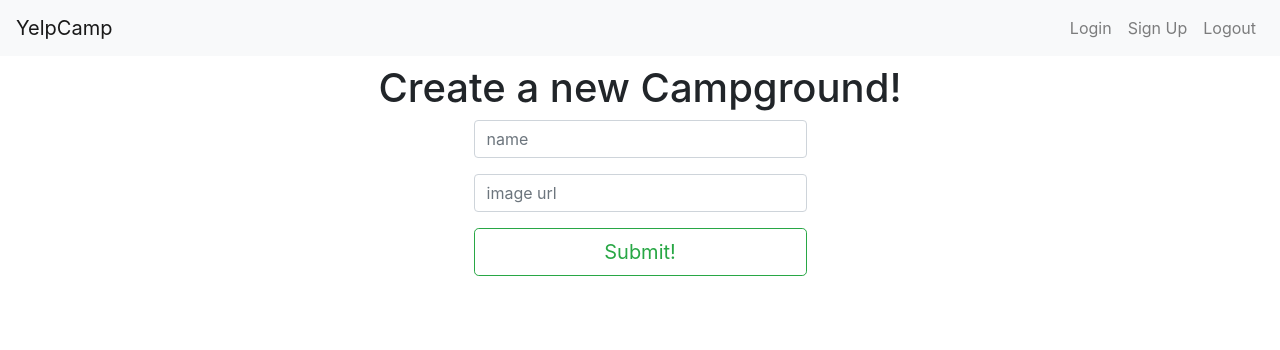
Repository: bosicheng/yelpcamp-project
Page: http://localhost/campgrounds/new
The author's editor kept a record of every edit. The page is drawn from the files as they stood at one moment, then again after the next edit.
The browser window is 1280 px wide. The pictures show the whole page.
Some web libraries are served in a nearby version. The page is served by the project's Node server (YelpCamp/v1/app.js).

Above is the page before.
Console error (its wording comes from the project's code and is left out).

### YelpCamp/v1/views/new.ejs
<% include partials/header %>

<div class='container'>
    <h1 style="text-align:center">Create a new Campground!</h1>
    <div style="width:30%;margin:0 auto">
        <form action='/campgrounds' method='POST'>
            <div class="form-group">
                <input class='form-control' type='text' name='name' placeholder='name'>
            </div>
            <div class="form-group">
                <input class='form-control' tytpe='text' name='image' placeholder='image url'>
            </div>
            <div class="form-group">
                 <button class="btn btn-lg btn-outline-success btn-block">Submit!</button>
            </div>
        </form>
    </div>

</div>

<% include partials/footer %>

### YelpCamp/v1/views/partials/header.ejs
<!DOCTYPE html>
<html>
    <head>
        <title>YelpCamp</title>
        <link rel="stylesheet" href="https://stackpath.bootstrapcdn.com/bootstrap/4.1.3/css/bootstrap.min.css">
        <script src="https://code.jquery.com/jquery-3.2.1.slim.min.js" integrity="sha384-KJ3o2DKtIkvYIK3UENzmM7KCkRr/rE9/Qpg6aAZGJwFDMVNA/GpGFF93hXpG5KkN" crossorigin="anonymous"></script>
        <script src="https://maxcdn.bootstrapcdn.com/bootstrap/4.0.0-beta/js/bootstrap.min.js" integrity="sha384-h0AbiXch4ZDo7tp9hKZ4TsHbi047NrKGLO3SEJAg45jXxnGIfYzk4Si90RDIqNm1" crossorigin="anonymous"></script>
        <script src="https://cdnjs.cloudflare.com/ajax/libs/popper.js/1.11.0/umd/popper.min.js" integrity="sha384-b/U6ypiBEHpOf/4+1nzFpr53nxSS+GLCkfwBdFNTxtclqqenISfwAzpKaMNFNmj4" crossorigin="anonymous"></script>
    </head>
    <body>
        <nav class="navbar navbar-expand-lg navbar-light bg-light mb-2">
          <a class="navbar-brand" href="/">YelpCamp</a>
          <button class="navbar-toggler" type="button" data-toggle="collapse" data-target="#navbarTogglerDemo01" aria-controls="navbarTogglerDemo01" aria-expanded="false" aria-label="Toggle navigation">
            <span class="navbar-toggler-icon"></span>
          </button>
          <div class="collapse navbar-collapse" id="navbarTogglerDemo01">
            <ul class="navbar-nav ml-auto mt-2 mt-lg-0">
              <li class="nav-item">
                <a class="nav-link" href="#">Login</a>
              </li>
              <li class="nav-item">
                <a class="nav-link" href="#">Sign Up</a>
              </li>
              <li class="nav-item">
                <a class="nav-link" href="#">Logout</a>
              </li>
            </ul>
          </div>
        </nav>

### YelpCamp/v1/app.js
var express=require('express');
var app=express();
var bodyParser=require('body-parser')

app.set('view engine','ejs')
app.use(bodyParser.urlencoded({extended:true}));

app.get('/',function(req,res){
    res.render("landing");
})

var campgrounds=[
        {name:'aaa',image:'https://farm4.staticflickr.com/3241/2984981452_e9008b9280.jpg'},
        {name:'bbb',image:'https://farm7.staticflickr.com/6089/6094103869_d53a990c83.jpg'},
        {name:'ccc',image:'https://farm8.staticflickr.com/7284/8744029089_2d4a4d0fd7.jpg'},
        {name:'aaa',image:'https://farm4.staticflickr.com/3241/2984981452_e9008b9280.jpg'},
        {name:'bbb',image:'https://farm7.staticflickr.com/6089/6094103869_d53a990c83.jpg'},
        {name:'ccc',image:'https://farm8.staticflickr.com/7284/8744029089_2d4a4d0fd7.jpg'},
        {name:'aaa',image:'https://farm4.staticflickr.com/3241/2984981452_e9008b9280.jpg'},
        {name:'bbb',image:'https://farm7.staticflickr.com/6089/6094103869_d53a990c83.jpg'},
        {name:'ccc',image:'https://farm8.staticflickr.com/7284/8744029089_2d4a4d0fd7.jpg'},
    ];

app.get('/campgrounds',function(req,res){
    res.render("campgrounds",{campgrounds:campgrounds})
})

app.get('/campgrounds/new',function(req,res){
    res.render('new')
})

// 这里虽然get和post的url是同一个，但是他们是不同的用法所以是不同的route不会相互影响
//如果对get的/campgrounds页面进行修改，post请求去修改campgrounds也应该同样的url，这是convention
app.post("/campgrounds",function(req,res){
    //get data from form and add to campground
    var name=req.body.name;
    var image=req.body.image;
    campgrounds.push({name:name,image:image});
    //redirect to campground page
    res.redirect('/campgrounds')
})

app.listen(process.env.PORT,process.env.IP,function(){
    console.log("Yelpcamp has started!")
})

Loaded but not shown: YelpCamp/v1/views/partials/footer.ejs (common file)

After the next edit:
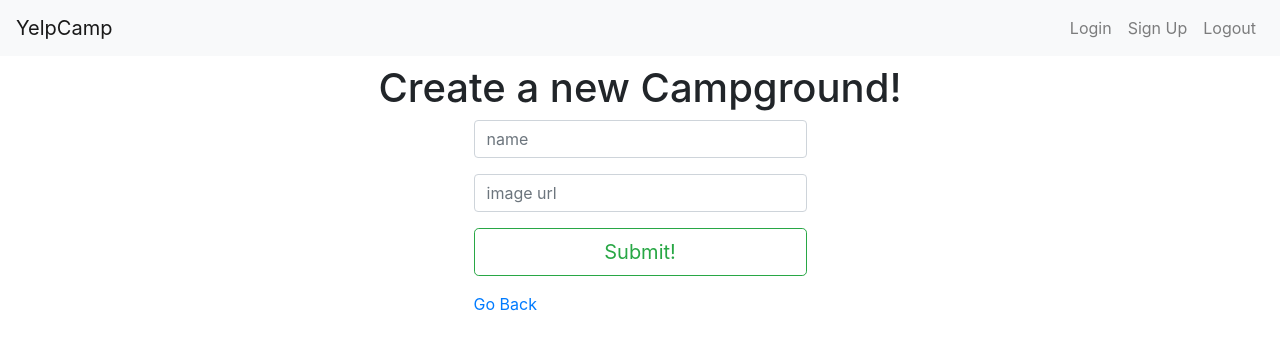
The edit:
--- a/YelpCamp/v1/views/new.ejs
+++ b/YelpCamp/v1/views/new.ejs
@@ -13,6 +13,9 @@
             <div class="form-group">
                  <button class="btn btn-lg btn-outline-success btn-block">Submit!</button>
             </div>
+            <div class="form-group">
+                 <a href='/campgrounds'>Go Back</a>
+            </div>
         </form>
     </div>
 
